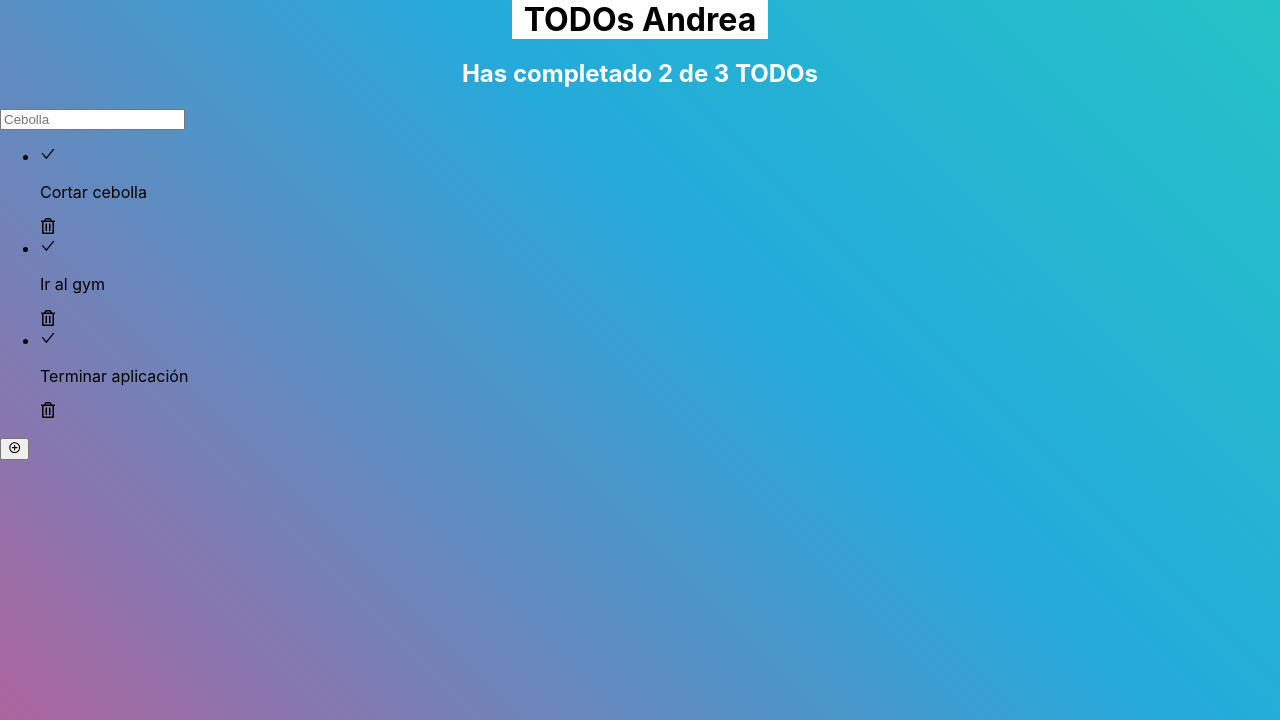
Repository: Pandrea-hub/TODOs
Page: /
An editor plug-in stored every save of this project. The page is shown before and after the next save, followed by the edit.
The browser window is 1280 px wide. The pictures show the whole page.
The project was rebuilt for these pictures with package versions that can differ from the ones it lists, and the page was loaded fresh each time. Also part of the build but not shown: src/TodoItem.css.

Above is the page before, as saved 2022-06-07 09:13:52.

After the next save:
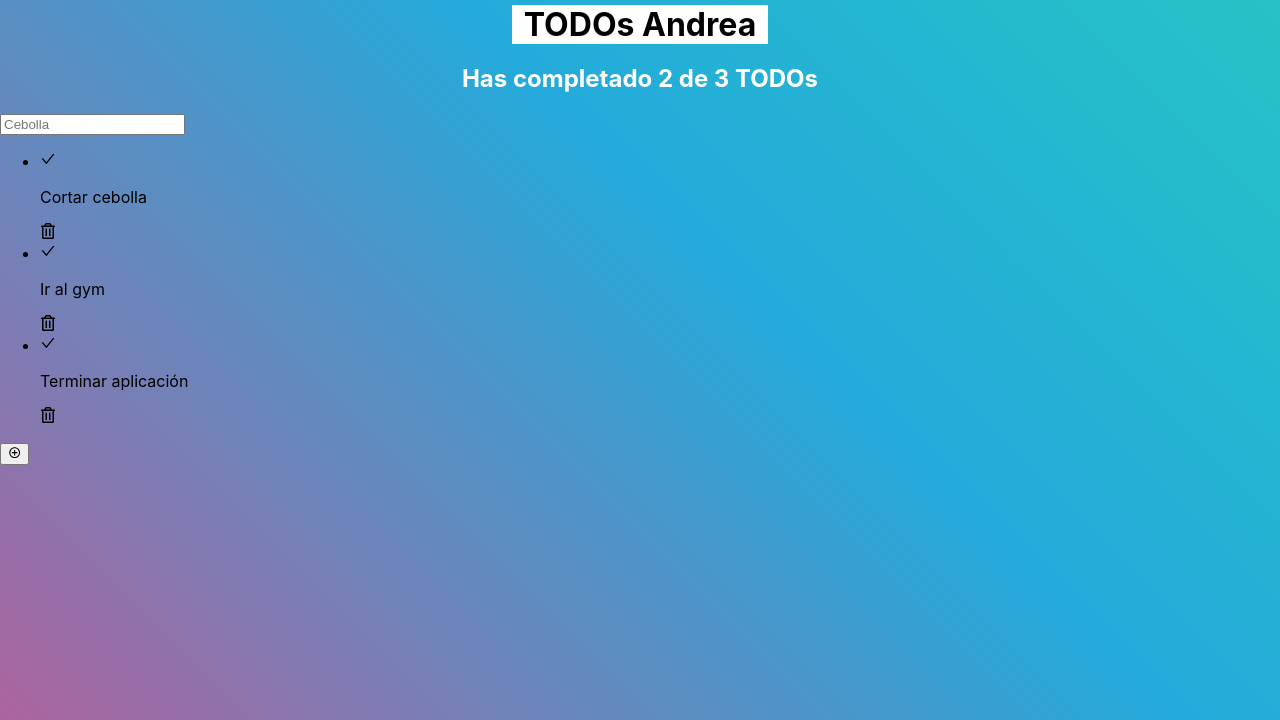
Saved 71 s later.
--- a/src/TodoCounter.css
+++ b/src/TodoCounter.css
@@ -7,5 +7,5 @@
     color:black;
     background-color:white;
     width: 20%;
-    margin: 0 auto;
+    margin: 5px auto;
 }
